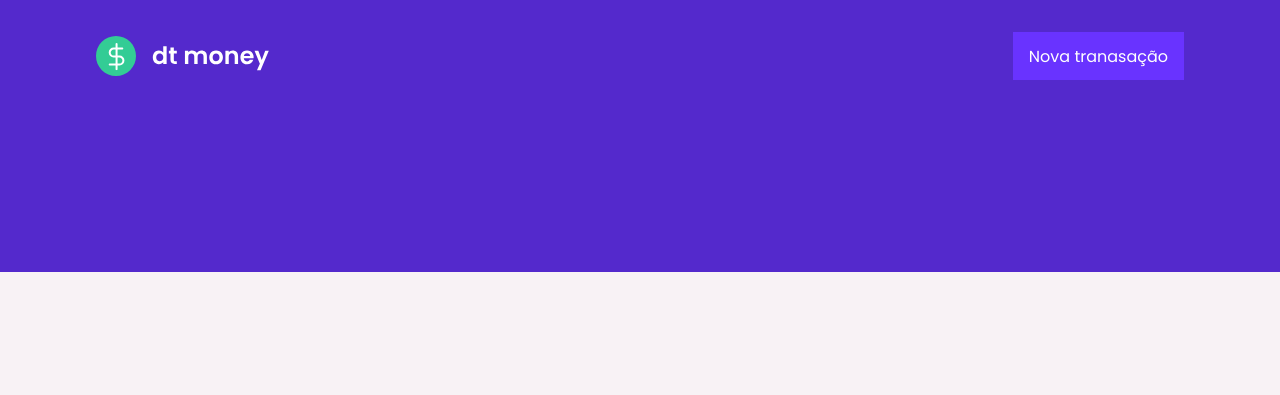
Repository: soualexandre/dtmoney
Page: /
The author's editor kept a copy of each file at every save. The page is drawn from the files as they stood at one save, then again after the next save.
The browser window is 1280 px wide. The pictures show the whole page.
The project was rebuilt for these pictures with package versions that can differ from the ones it lists, and the page was loaded fresh each time.

Above is the page before, as saved 2021-07-13 09:52:11.

### public/index.html
<!DOCTYPE html>
<html lang="en">
  <head>
    <link rel="preconnect" href="https://fonts.googleapis.com">
    <link rel="preconnect" href="https://fonts.gstatic.com" crossorigin>
    <meta charset="utf-8" />
    <meta name="viewport" content="width=device-width, initial-scale=1" />
    <link href="https://fonts.googleapis.com/css2?family=Poppins:wght@400;600&display=swap" rel="stylesheet">
    <link rel="stylesheet" href="favicon.png" type="image/png">
    <title>DtMoney</title>
  </head>
  <body>
    <noscript>You need to enable JavaScript to run this app.</noscript>
    <div id="root"></div>
  </body>
</html>

### src/App.tsx
import { Dashboard } from './components/Dashboard';
import { Header } from './components/Header';
import {GlobalStyle} from './styles/global'

export function App() {
  return (
    <>
      <Header/>
      <Dashboard/>
      <GlobalStyle/>
    </>
  );
}

### src/components/Dashboard/index.tsx
import { Container } from "../Header/styles";


export function Dashboard(){
    return(
       <Container></Container>
    );
}

### src/components/Header/index.tsx
import LogoImg from '../../assets/logo.svg'
import {Container, Content} from './styles'

export function Header(){
    return(
        <Container>
            <Content>
            <img src={LogoImg} alt="dtMoney" />
            <button type="button">
                Nova tranasação
            </button>
            </Content>
        </Container>
    );
}

### src/styles/global.ts
import { createGlobalStyle } from 'styled-components'


export const GlobalStyle = createGlobalStyle`

    :root{
        --background: #f8f2f5;

        --red: #e52e40;
        --blue: #5429cc;

        --blue-light: #6933ff;

        --text-title: #363f5f;
        --text-body: #969cb3;

        --shape: #ffffff;

    }

    *{
        margin: 0;
        padding: 0;
        box-sizing: border-box;
    }
    html{
        @media (max-width: 1080px){
            font-size: 93.5%;
        }

    }

    body{
        background: var(--background);
        -webkit-font-smoothing: antialiased;
    }

    body, input, textarea, button{
        font-family: 'Poppins', sans-serif;
        font-weight: 400;
    }

    h1, h2, h3, h4, h5, h6, strong{
        font-weight: 600;
    }

    button{
        cursor: pointer;
    }
    [disable]{
        opacity: 0.6;
        cursor: not-allowed;
    }

`;

### src/components/Header/styles.ts
import styled from 'styled-components'

export const Container = styled.header`
    background: var(--blue);

`;
export const Content = styled.header`
    background: var(--blue);
    max-width: 1120px;
    margin: 0 auto;
    padding: 2rem 1rem 12rem;

    display: flex;
    align-items: center;
    justify-content: space-between;
    button{
        font-size: 1rem;
        color: #fff;
        background: var(--blue-light);
        border: 0;
        padding:0.2rem;
        padding-left: 1rem;
        padding-right: 1rem;
        height: 3rem;

        transition: filter 0.2s;
        &:hover{
            filter: brightness(0.9);
        }

    }
`;

### src/components/Sumary/index.tsx
export function Sumary(){
    return(
        <h1>Summary</h1>
    );
}

### src/components/Dashboard/styles.ts
import styled from 'styled-components'

export const Container = styled.header`
    max-width: 1120PX;
    margin:0 auto;
    padding: 2.5rem 1rem;



`;

Loaded but not shown: src/index.tsx (common file)

After the next save:
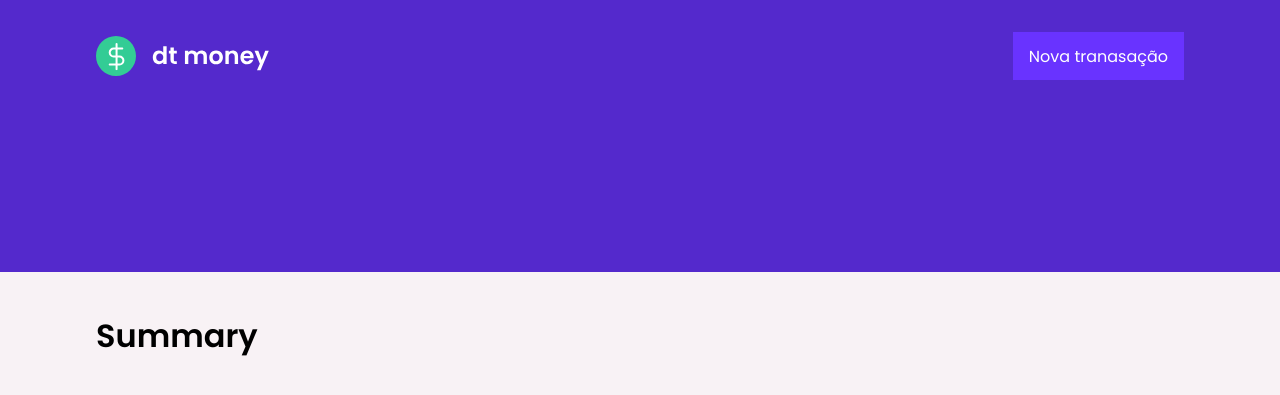
Saved 30 s later.
--- a/src/components/Dashboard/index.tsx
+++ b/src/components/Dashboard/index.tsx
@@ -1,8 +1,11 @@
-import { Container } from "../Header/styles";
+import { Sumary } from "../Sumary";
+import { Container } from "./styles";
 
 
 export function Dashboard(){
     return(
-       <Container></Container>
+       <Container>
+          <Sumary/>
+       </Container>
     );
 }
